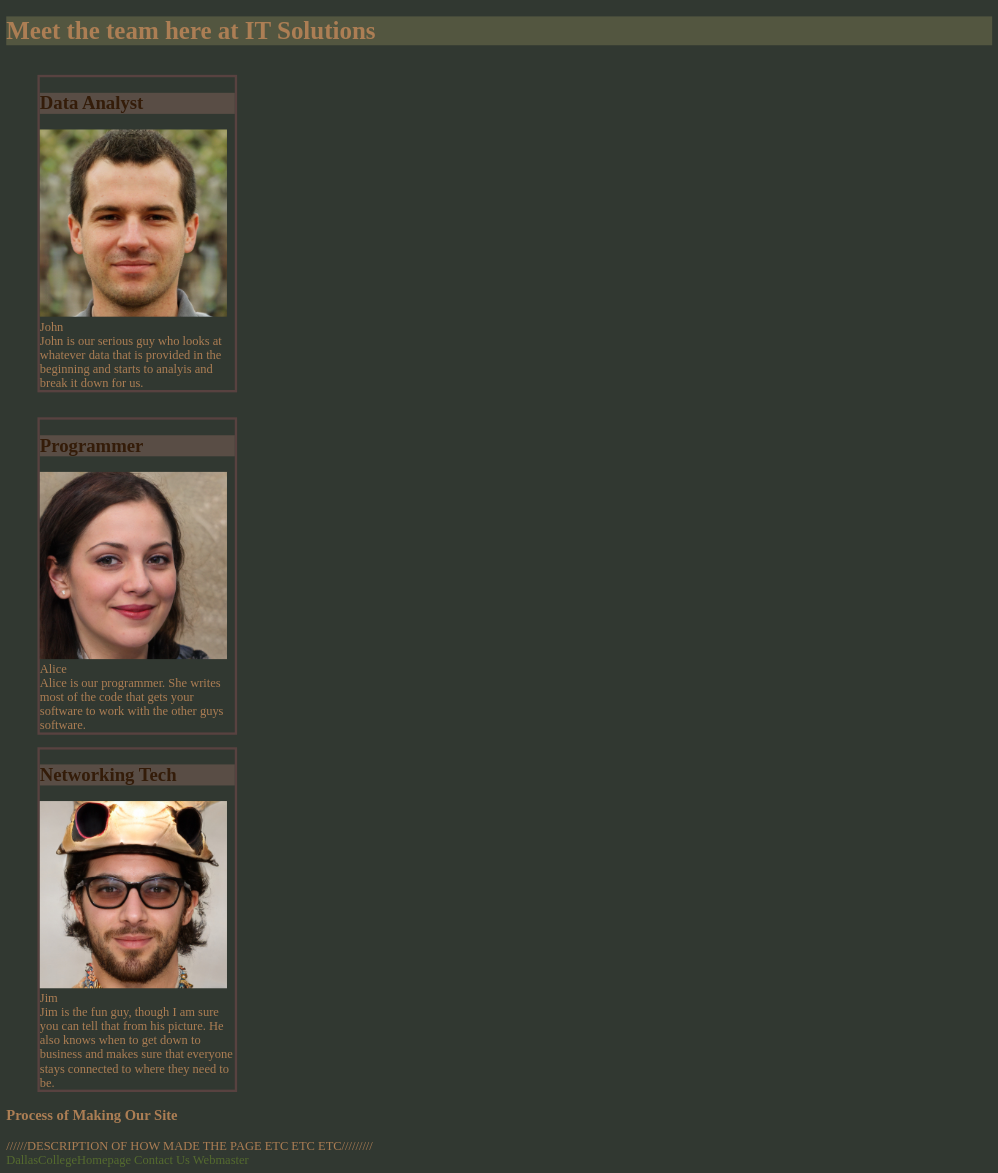
Repository: nsisk1/web-page-project
Page: team.html
An editor plug-in stored every save of this project. The page is shown before and after a run of saves, followed by the edit.
The browser window is 1280 px wide. The pictures show the whole page, at 78% of full size.

Above is the page before, as saved 2024-07-29 03:43:30.

### team.html
<!DOCTYPE html>
<html lang="en">
    <head>
        <link rel="stylesheet" href="css/layout.css">
        <link rel="stylesheet" href="css/style.css">
        <title>
            My Team Members
        </title>
    </head>
    <body>
        <h1>Meet the team here at IT Solutions</h1>
        <section class="row">
            <figure class="column">
                <h2>Data Analyst</h2>
                <img src="images/Face1.jpeg" alt="John">
                <figcaption>John</figcaption>
                John is our serious guy who looks at whatever data that is provided in the beginning and starts to analyis
            and break it down for us.
            </figure>
        </section>
        <section>
            <figure class="column">
                <h2>Programmer</h2>
                <img src="images/Face2.jpeg" alt="Alice">
                <figcaption>Alice</figcaption>
                Alice is our programmer. She writes most of the code that gets your software to work with the other guys
        software.
            </figure>
            <figure class="column">
                <h2>Networking Tech</h2>
                <img src="images/Face3.jpeg" alt="Jim">
                <figcaption>Jim</figcaption>
                Jim is the fun guy, though I am sure you can tell that from his picture. He also knows when to get down to
        business and makes sure that everyone stays connected to where they need to be.
            </figure>
        </section>
        <section>
            <h3>Process of Making Our Site</h3>
            //////DESCRIPTION OF HOW MADE THE PAGE ETC ETC ETC/////////
        </section>
        <footer position="absolute">
            <a href="https://www.dallascollege.edu" target="blank">DallasCollegeHomepage</a>
            <a href="contact-us.html" target="blank">
                Contact Us
            </a>
            <a href="mailto:nsisk1@student.dallascollege.edu">Webmaster</a>
        </footer>
    </body>
</html>

### css/layout.css
.topnav {
    background-color: #867768;
    overflow: hidden;
}

.topnav a {
    float: left;
    color: #64674a;
    text-align: center;
    padding: 14px 16px;
    text-decoration: none;
    font-size: 17px;
}

.topnav a:hover {
    background-color: #584240;
    color: black;
}

.topnav a.active {
    background-color: #64674a;
    color: #3f4129;
}

.image {
    box-sizing: content-box;
    padding: 5px;
    margin: 5px;
    float: left;
    height: auto;
    width: auto;
    display: block;
    clear: both;
}

.art {
    box-sizing: border-box;
    height: 400px;
    width: auto;
    margin: 15px;
    clear: both;
}

article:nth-child(even)>figure {
    float: right;
}



.row {
    display: flex;
    flex-direction: row;
    justify-content: flex-start;
    align-items: flex-start;
    align-content: flex-start;
}

.column {
    flex: 0 1 auto;
    width: 250px;
    border: #584240 solid;
    align-self: auto;
}
.column>img {
    width: 240px;
}

### css/style.css
body {
    background-color: #313831;
    color: #ac7e54
}

h1 {
    background-color: #535640;
    color: #ac7e54;
}

h2 {
    background-color: #594d45;
    color: #341c09;


    form {
        width: 250px;
        text-align: center;
    }
}

footer {
    color: blue;

}

a:link {
    color: darkolivegreen;
    background-color: transparent;
    text-decoration: none;
}

a:visited {
    color: #655949;
    background-color: transparent;
    text-decoration: none;
}

a:hover {
    color: #5c5c5b;
    background-color: transparent;
    text-decoration: underline;
}

a:active {
    color: #5c5c5b;
    background-color: transparent;
    text-decoration: underline;
}

After the next 2 saves:
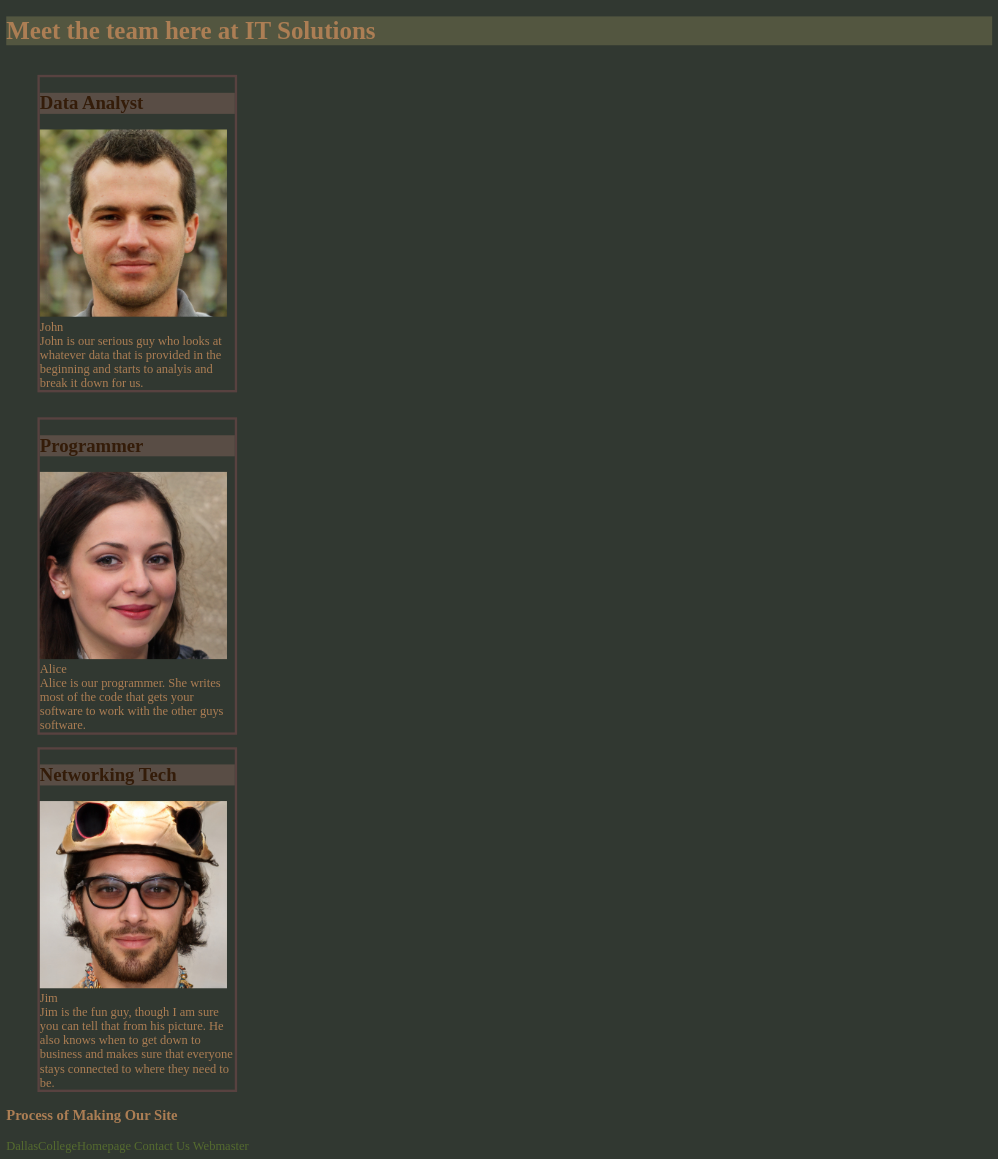
The 2 saves are shown as one change because they came seconds apart.
The last was saved 22 s later.
--- a/team.html
+++ b/team.html
@@ -36,7 +36,6 @@
         </section>
         <section>
             <h3>Process of Making Our Site</h3>
-            //////DESCRIPTION OF HOW MADE THE PAGE ETC ETC ETC/////////
         </section>
         <footer position="absolute">
             <a href="https://www.dallascollege.edu" target="blank">DallasCollegeHomepage</a>

After the save that followed:
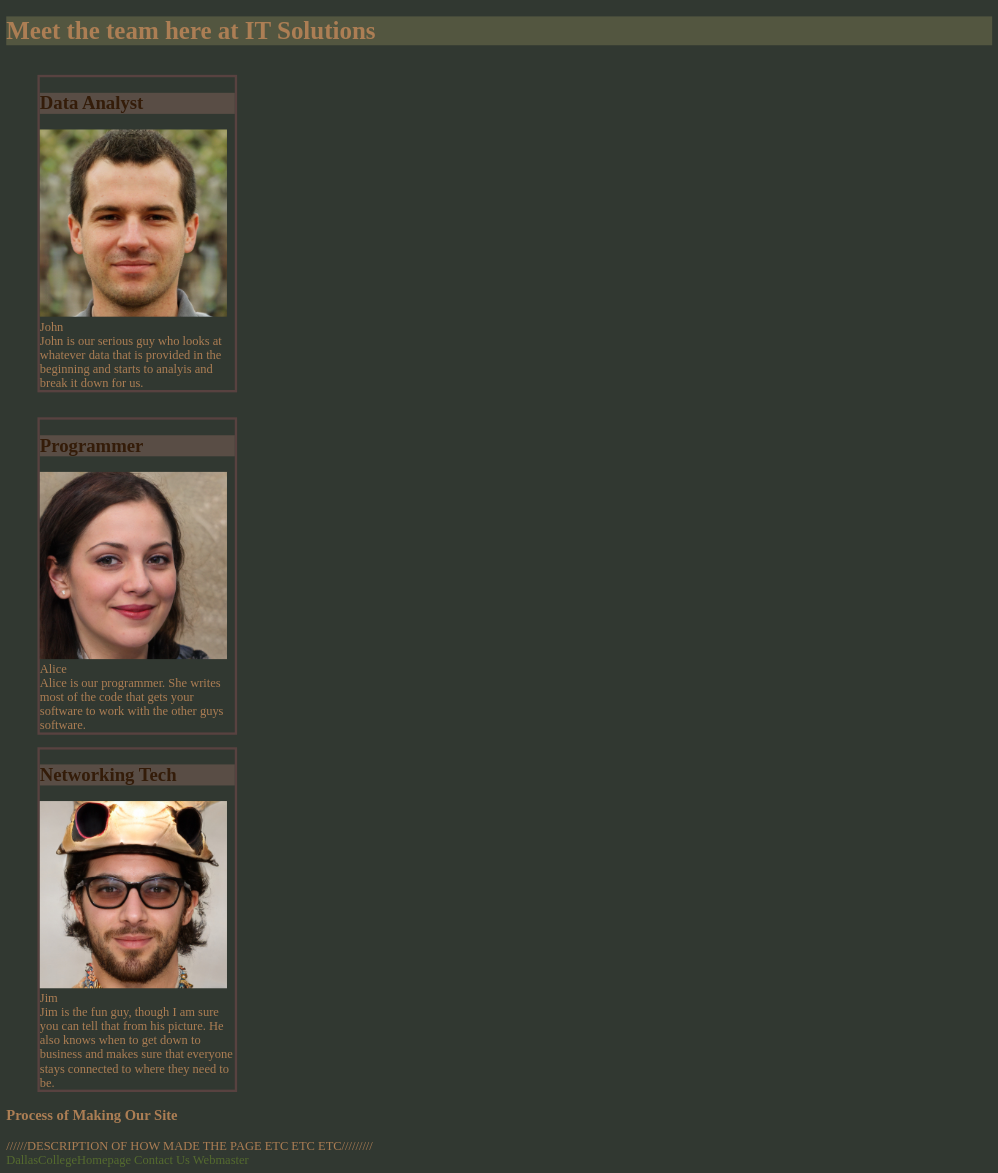
Saved 4 s later.
--- a/team.html
+++ b/team.html
@@ -36,6 +36,7 @@
         </section>
         <section>
             <h3>Process of Making Our Site</h3>
+            //////DESCRIPTION OF HOW MADE THE PAGE ETC ETC ETC/////////
         </section>
         <footer position="absolute">
             <a href="https://www.dallascollege.edu" target="blank">DallasCollegeHomepage</a>
